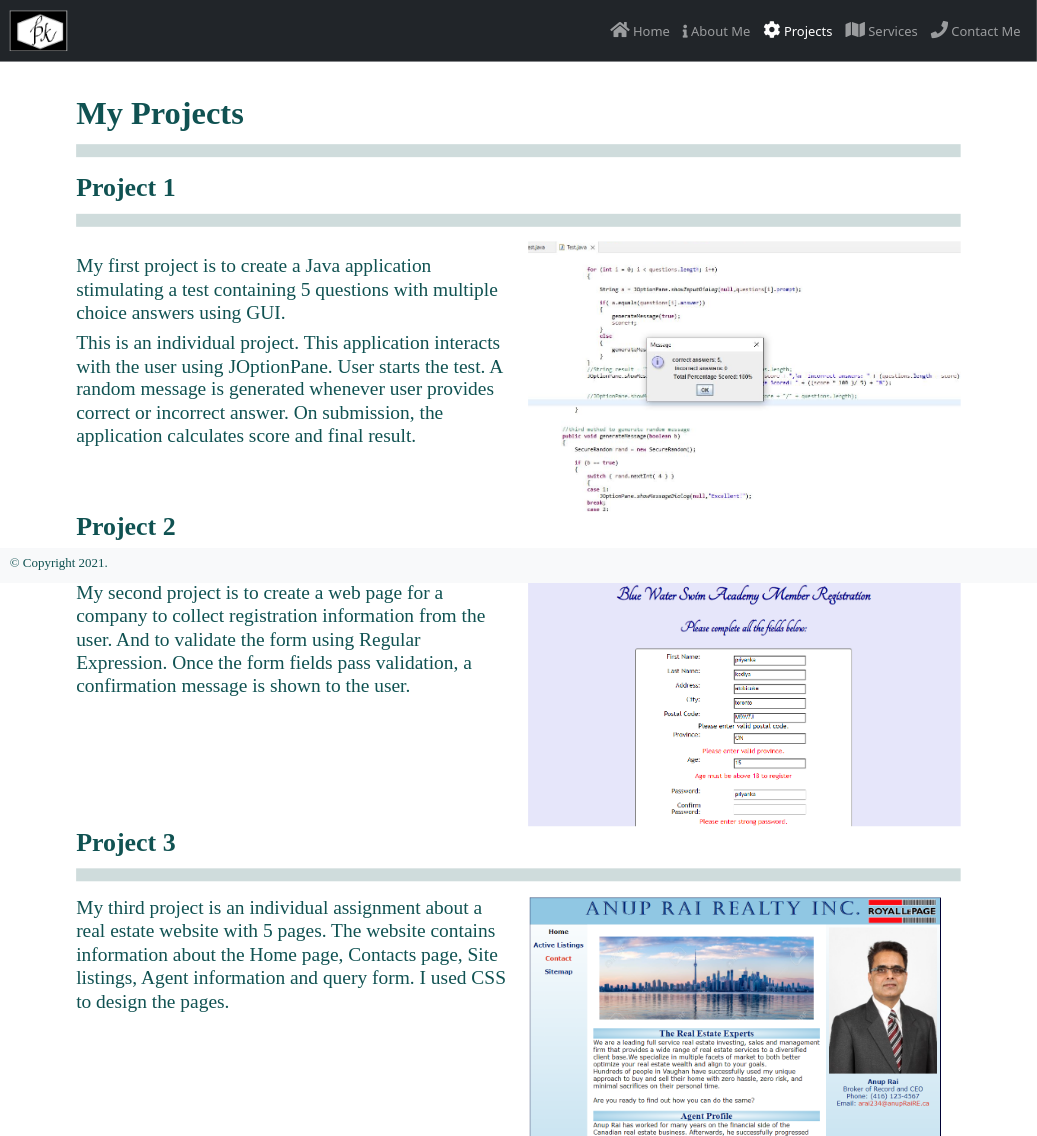
Repository: PriyankaKediya/Assignment2
Page: http://localhost/projects
The author's editor kept a copy of each file at every save. The page is drawn from the files as they stood at one save, then again after the next save.
The browser window is 1280 px wide. The pictures show the whole page, at 81% of full size.
The page is served by the project's Node server (server.js).

Above is the page before, as saved 2021-10-21 17:34:20.

After the next save:
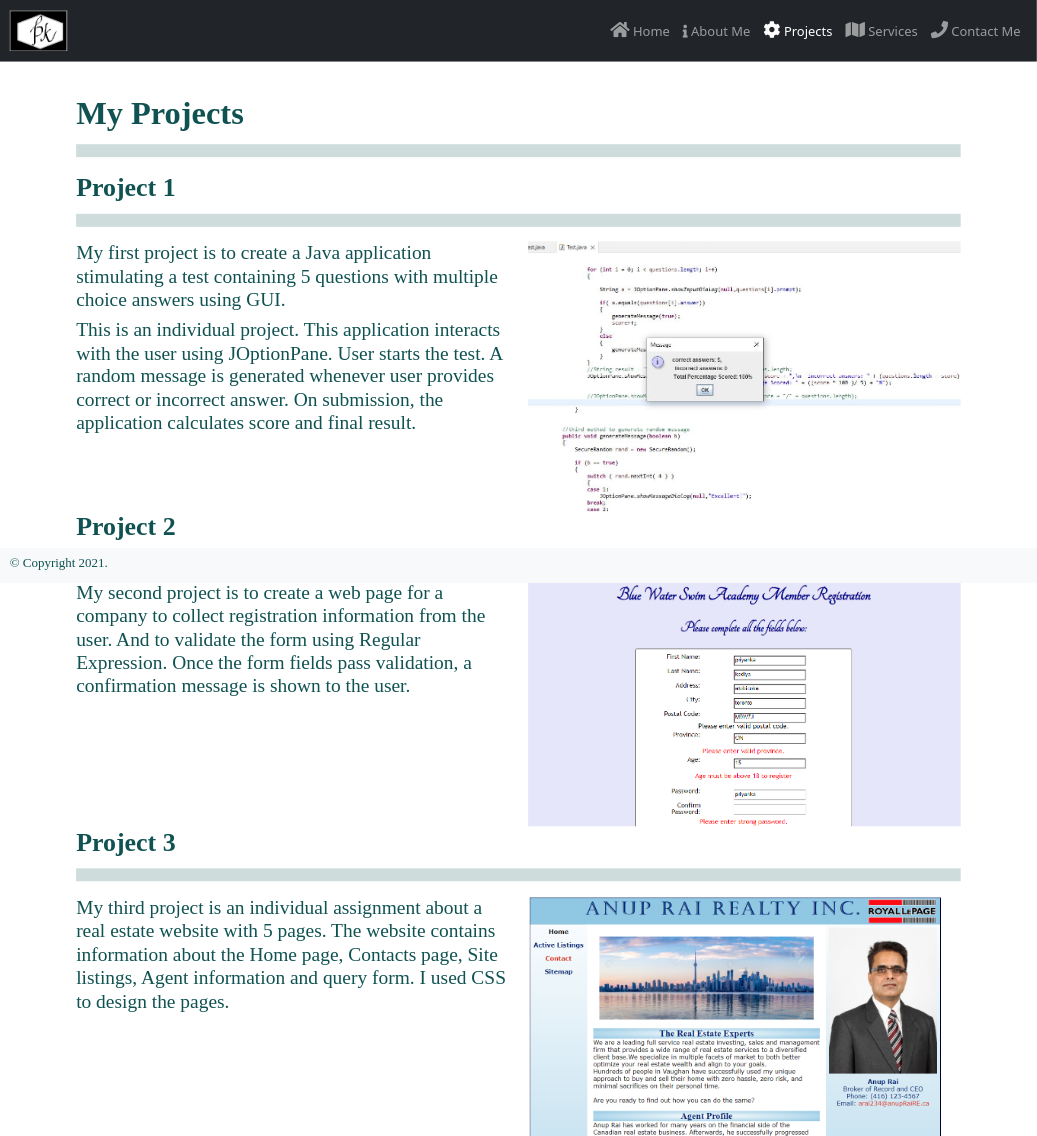
Saved 4 min 12 s later.
--- a/Server/Views/Content/projects.ejs
+++ b/Server/Views/Content/projects.ejs
@@ -7,72 +7,57 @@
 <div class="container">
 
    <h1><strong>My <%= title %></strong></h1>
-       <p class="placeholder-glow">
+      <p class="placeholder-glow">
+         <span class="placeholder col-12"></span>
+      </p>
+
+   <h2><strong>Project 1</strong></h2>
+      <p class="placeholder-glow">
+         <span class="placeholder col-12"></span>
+      </p>
+
+    <div class="row">
+            <div class="col">
+
+                  <h4>My first project is to create a Java application stimulating a test containing 5 questions with multiple choice answers using GUI.</h4>
+                  <h4>This is an individual project. This application interacts with the user using JOptionPane.
+                  User starts the test. A random message is generated whenever user provides correct or incorrect answer.
+                  On submission, the application calculates score and final result.</h4>
+            </div>
+
+            <div class="col-6">
+                 <img src="/Assets/images/javatest.png" class="form">
+            </div>
+      </div>
+
+      <h2><strong>Project 2</strong></h2>
+            <p class="placeholder-glow">
             <span class="placeholder col-12"></span>
-       </p>
-
-       <h2><strong>Project 1</strong></h2>
-      <p class="placeholder-glow">
-            <span class="placeholder col-12"></span>
-    <div class="row">
+            </p>
+      <div class="row">
           <div class="col">
 
-       </p>
-          <h4>My first project is to create a Java application stimulating a test containing 5 questions with multiple choice answers using GUI.</h4>
-          <h4>This is an individual project. This application interacts with the user using JOptionPane.
-          User starts the test. A random message is generated whenever user provides correct or incorrect answer.
-          On submission, the application calculates score and final result.</h4>
-          </div>
-                <div class="col-6">
-
-          <img src="/Assets/images/javatest.png" class="form">
-           </div>
-        </div>
-
-<h2><strong>Project 2</strong></h2>
-      <p class="placeholder-glow">
-            <span class="placeholder col-12"></span>
-       </p>
- <div class="row">
-          <div class="col">
-
-
-          <h4>My second project is to create a web page for a company to collect registration information from the user.
-
-          And to validate the form using Regular Expression.
-
-          Once the form fields pass validation, a confirmation message is shown to the user.</h4>
+               <h4>My second project is to create a web page for a company to collect registration information from the user.
+               And to validate the form using Regular Expression.
+               Once the form fields pass validation, a confirmation message is shown to the user.</h4>
           </div>
           <div class="col-6">
-          <img src="/Assets/images/form.png" class="form">
+               <img src="/Assets/images/form.png" class="form">
           </div>
+      </div>
+
+      <h2><strong>Project 3</strong></h2>
+         <p class="placeholder-glow">
+            <span class="placeholder col-12"></span>
+         </p>
+      <div class="row">
+          <div class="col">
+                  <h4>My third project is an individual assignment about a real estate website with 5 pages.
+                  The website contains information about the Home page, Contacts page, Site listings, Agent information and query form.
+                  I used CSS to design the pages.  </h4>
           </div>
-
-
-          <h2><strong>Project 3</strong></h2>
-       <p class="placeholder-glow">
-            <span class="placeholder col-12"></span>
-       </p>
-        <div class="row">
-          <div class="col">
-
-       <h4>My third project is an individual assignment about a real estate website with 5 pages.
-       The website contains information about the Home page, Contacts page, Site listings, Agent information and query form.
-       I used CSS to design the pages.  </h4>
-        </div>
-        <div class="col-6">
-       <img src="/Assets/images/realestate.png" class="form">
+          <div class="col-6">
+             <img src="/Assets/images/realestate.png" class="form">
           </div>
-          </div>
-
-
-
-
-
-
-
-
-
-
-
+      </div>
 </div>
